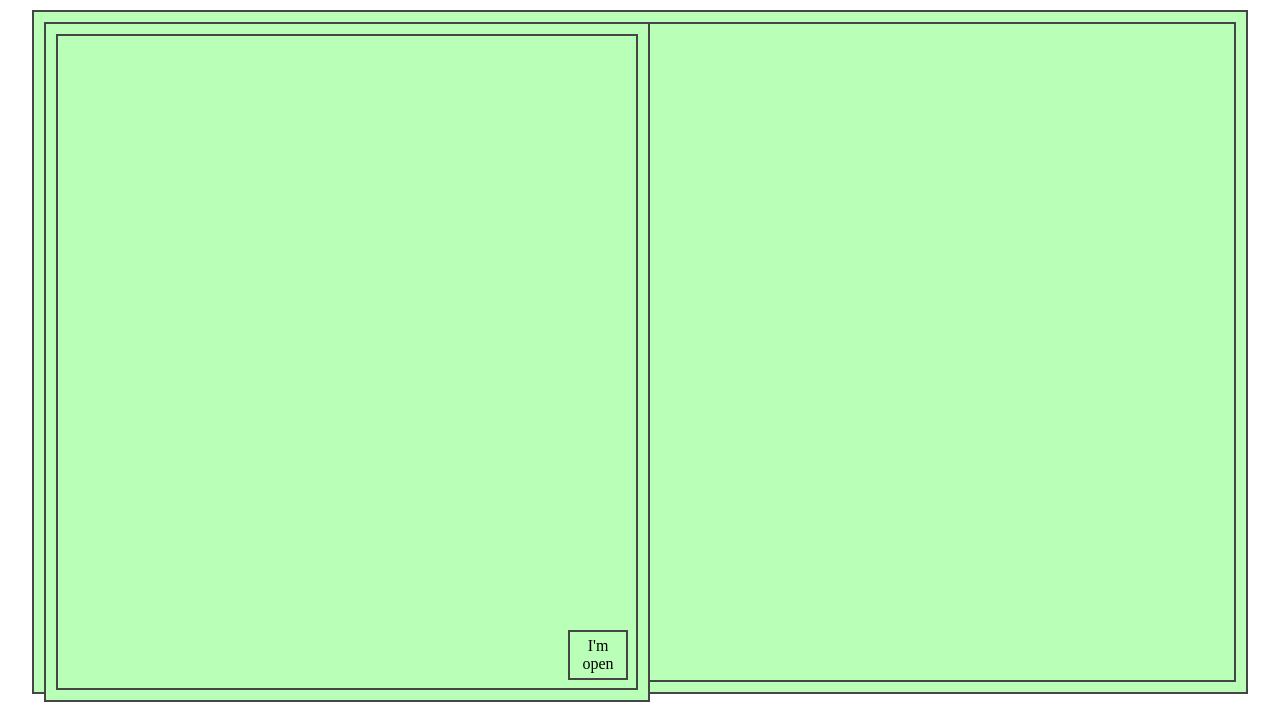
Repository: tannerbroberts/tannerbroberts.github.io
Page: /
The author's editor kept a copy of each file at every save. The page is drawn from the files as they stood at one save, then again after a run of saves.
The browser window is 1280 px wide. The pictures show the whole page.
The project was rebuilt for these pictures with package versions that can differ from the ones it lists, and the page was loaded fresh each time. Also part of the build but not shown: vite.config.ts.

Above is the page before, as saved 2022-10-04 10:15:07.

After the next 2 saves:
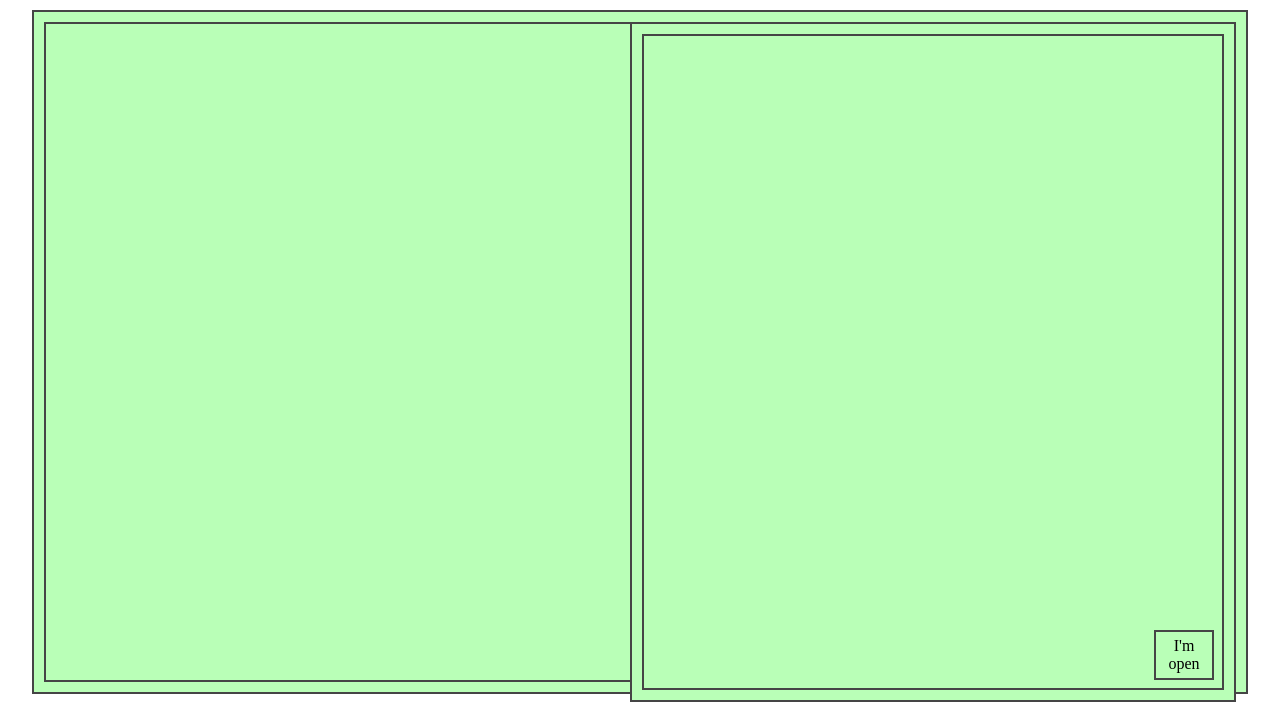
The 2 saves are shown as one change because they came seconds apart.
The last was saved 18 s later.
--- a/src/components/Shelf/Shelf.js
+++ b/src/components/Shelf/Shelf.js
@@ -13,7 +13,7 @@ const shelfContentCSS = (openStatus) => {
 
 const shelfCSS = (openStatus) => {
 	const obj = { ...cssHelper, position: "absolute", width: "50%" }
-	openStatus ? obj.left = "10px" : (obj.left = "-100px")
+	openStatus ? obj.right = "10px" : (obj.right = "-100px")
 
 	return obj
 }
